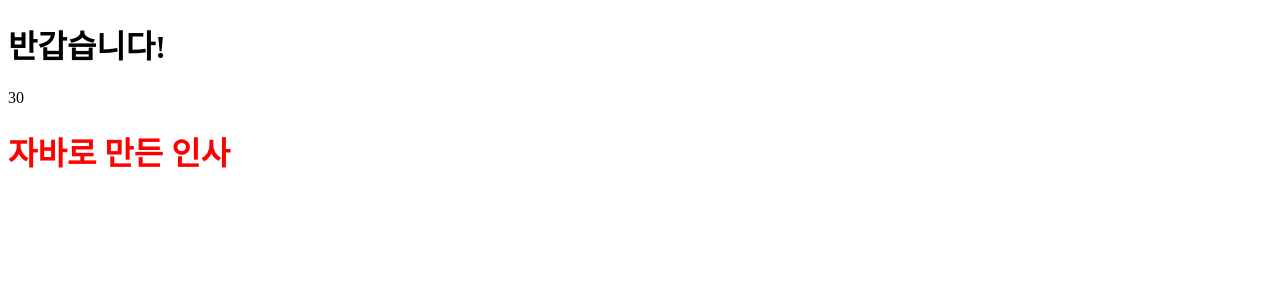
Repository: MySunTY/JSP
Page: http://localhost/JSP01/
An editor plug-in stored every save of this project. The page is shown before and after the next save, followed by the edit.
The browser window is 1280 px wide. The pictures show the whole page.
The page is served by Tomcat 9.

Above is the page before, as saved 2024-05-09 06:22:45.

### JSP01/src/main/webapp/index.jsp
<%@ page language="java" contentType="text/html; charset=UTF-8"
    pageEncoding="UTF-8"%>
<!DOCTYPE html>
<html>
	<head>
		<meta charset="UTF-8">
		<title>첫번째 JSP</title>
		<style>
			h1{
				text-aglin : center;
			}
		</style>
	</head>
	<body>
		<%
			int a=10;
			int b=20;
			int result = a+b;
		%>
		<h1>반갑습니다!</h1>
		<% out.print(result); %>
		<% String str = "자바로 만든 인사"; %>
		<h1 style="color:red"><% out.print(str); %></h1>
		<!-- 127.0.0.1:8080/JSP01 -->
		<script>
			alert("<% out.print(result); %>")
		</script>
	</body>
</html>

After the next save:
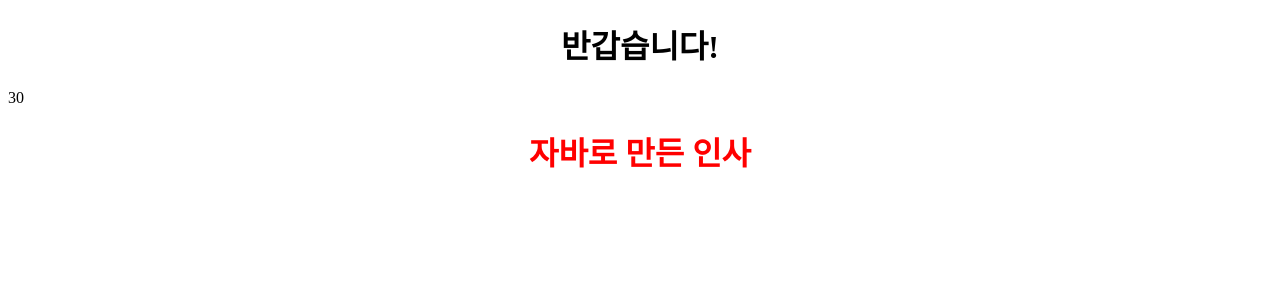
Saved 38 s later.
--- a/JSP01/src/main/webapp/index.jsp
+++ b/JSP01/src/main/webapp/index.jsp
@@ -7,7 +7,7 @@
 		<title>첫번째 JSP</title>
 		<style>
 			h1{
-				text-aglin : center;
+				text-align : center;
 			}
 		</style>
 	</head>
